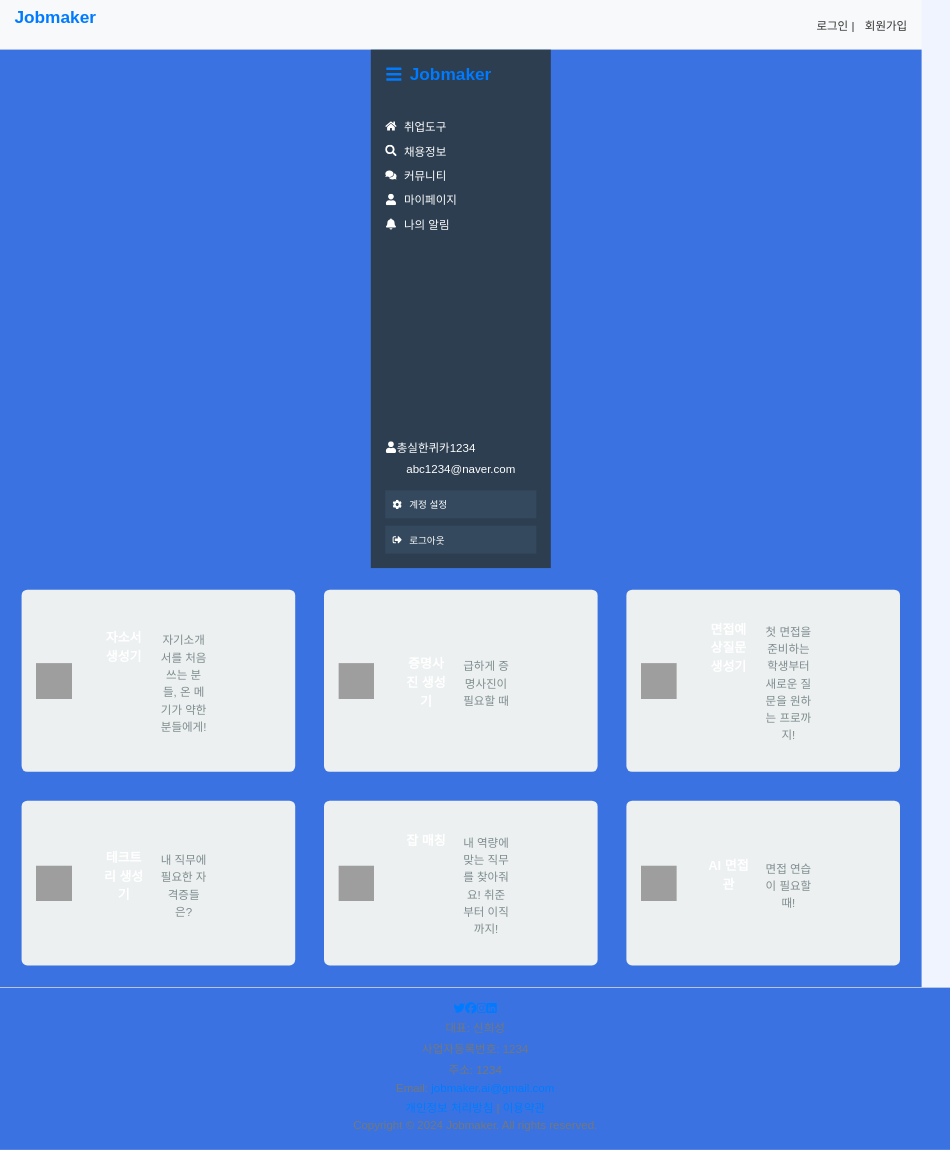
Repository: HSfac/jobmaker
Page: /main
These files come from the project's save history. The page is drawn as it stood at one moment and after the next save; the edit follows.
The browser window is 1280 px wide. The page is 1320 px wide, so the pictures cover 1320 px, including what lies to the right of the window. The pictures show the whole page, at 72% of full size.
Pictures or frames that could not be fetched are drawn as grey boxes. The project was rebuilt for these pictures with package versions that can differ from the ones it lists, and the page was loaded fresh each time. Also part of the build but not shown: src/pages/LandingPage.jsx, src/pages/InfosPage.jsx, src/pages/CommunityPage.jsx, src/pages/MyPage.jsx, src/components/AlertModal.css, src/components/AlertModal.jsx.

Above is the page before, as saved 2024-07-10 22:28:25.

### src/App.js
import React from 'react';
import { BrowserRouter as Router, Route, Routes } from 'react-router-dom';
import MainPage from './pages/MainPage';
import LandingPage from './pages/LandingPage';
import InfosPage from './pages/InfosPage';
import CommunityPage from './pages/CommunityPage';
import MyPage from './pages/MyPage';
import Header from './components/Header';
import Footer from './components/Footer';
import Sidebar from './components/Sidebar';
import './App.css';

function App() {
  return (
    <Router>
      <div className="App">
        <Header />
        <div className="main-content">
          <Sidebar />
          <div className="page-content">
            <Routes>
              <Route path="/" element={<LandingPage />} />
              <Route path="/main" element={<MainPage />} />
              <Route path="/infos" element={<InfosPage />} />
              <Route path="/community" element={<CommunityPage />} />
              <Route path="/mypage" element={<MyPage />} />
            </Routes>
          </div>
        </div>
        <Footer />
      </div>
    </Router>
  );
}

export default App;

### src/pages/MainPage.jsx
import React from 'react';
import ToolCard from '../components/ToolCard';
import './MainPage.css';

const tools = [
  {
    title: "자소서 생성기",
    description: "자기소개서를 처음 쓰는 분들, 온 메기가 약한 분들에게!",
    image: "/images/icon1.png",
  },
  {
    title: "증명사진 생성기",
    description: "급하게 증명사진이 필요할 때",
    image: "/images/icon2.png",
  },
  {
    title: "면접예상질문 생성기",
    description: "첫 면접을 준비하는 학생부터 새로운 질문을 원하는 프로까지!",
    image: "/images/icon3.png",
  },
  {
    title: "테크트리 생성기",
    description: "내 직무에 필요한 자격증들은?",
    image: "/images/icon4.png",
  },
  {
    title: "잡 매칭",
    description: "내 역량에 맞는 직무를 찾아줘요! 취준부터 이직까지!",
    image: "/images/icon5.png",
  },
  {
    title: "AI 면접관",
    description: "면접 연습이 필요할 때!",
    image: "/images/icon6.png",
  },
];

const MainPage = () => {
  return (
    <div className="main-page">
      <div className="content">
        {tools.map((tool, index) => (
          <ToolCard
            key={index}
            title={tool.title}
            description={tool.description}
            image={tool.image}
          />
        ))}
      </div>
    </div>
  );
};

export default MainPage;

### src/components/Header.jsx
import React from 'react';
import './Header.css';

const Header = () => {
  return (
    <header className="header">
      <div className="logo">Jobmaker</div>
      <div className="nav-links">
        <a href="/login">로그인</a> | <a href="/signup">회원가입</a>
      </div>
    </header>
  );
};

export default Header;

### src/components/Footer.jsx
import React from 'react';
import './Footer.css';
import { FontAwesomeIcon } from '@fortawesome/react-fontawesome';
import { faTwitter, faFacebook, faInstagram, faLinkedin } from '@fortawesome/free-brands-svg-icons';

const Footer = () => {
  return (
    <footer className="footer">
      <div className="footer-content">
        <div className="social-icons">
          <a href="https://twitter.com" aria-label="Twitter">
            <FontAwesomeIcon icon={faTwitter} />
          </a>
          <a href="https://facebook.com" aria-label="Facebook">
            <FontAwesomeIcon icon={faFacebook} />
          </a>
          <a href="https://instagram.com" aria-label="Instagram">
            <FontAwesomeIcon icon={faInstagram} />
          </a>
          <a href="https://linkedin.com" aria-label="LinkedIn">
            <FontAwesomeIcon icon={faLinkedin} />
          </a>
        </div>
        <p>대표: 신희성</p>
        <p>사업자등록번호: 1234</p>
        <p>주소: 1234</p>
        <p>Email: <a href="mailto:jobmaker.ai@gmail.com">jobmaker.ai@gmail.com</a></p>
        <p><a href="/privacy">개인정보 처리방침</a> | <a href="/terms">이용약관</a></p>
        <p>Copyright © 2024 Jobmaker. All rights reserved.</p>
      </div>
    </footer>
  );
};

export default Footer;

### src/components/Sidebar.jsx
import React, { useState } from 'react';
import { FaHome, FaSearch, FaComments, FaUser, FaBell, FaCog, FaSignOutAlt, FaBars } from 'react-icons/fa';
import { Link } from 'react-router-dom';
import './Sidebar.css';
import AlertModal from './AlertModal';

const Sidebar = () => {
  const [isOpen, setIsOpen] = useState(true);
  const [isModalOpen, setIsModalOpen] = useState(false);

  const toggleSidebar = () => {
    setIsOpen(!isOpen);
  };

  const toggleModal = () => {
    setIsModalOpen(!isModalOpen);
  };

  return (
    <div className={`sidebar ${isOpen ? 'open' : 'closed'}`}>
      <div className="logo" onClick={toggleSidebar}>
        <FaBars />
        {isOpen && <span>Jobmaker</span>}
      </div>
      <ul className="menu">
        <li>
          <Link to="/main">
            <FaHome />
            {isOpen && <span>취업도구</span>}
          </Link>
        </li>
        <li>
          <Link to="/infos">
            <FaSearch />
            {isOpen && <span>채용정보</span>}
          </Link>
        </li>
        <li>
          <Link to="/community">
            <FaComments />
            {isOpen && <span>커뮤니티</span>}
          </Link>
        </li>
        <li>
          <Link to="/mypage">
            <FaUser />
            {isOpen && <span>마이페이지</span>}
          </Link>
        </li>
        <li onClick={toggleModal} style={{cursor: 'pointer'}}>
          <FaBell />
          {isOpen && <span>나의 알림</span>}
        </li>
      </ul>
      <div className="user-info">
        <div className="username">
          <FaUser />
          {isOpen && <span>총실한퀴카1234</span>}
        </div>
        {isOpen && <div className="email">abc1234@naver.com</div>}
        <div className="settings">
          <button className="settings-btn">
            <FaCog />
            {isOpen && <span>계정 설정</span>}
          </button>
          <button className="logout-btn">
            <FaSignOutAlt />
            {isOpen && <span>로그아웃</span>}
          </button>
        </div>
      </div>
      {isModalOpen && <AlertModal onClose={toggleModal} />}
    </div>
  );
};

export default Sidebar;

### src/App.css
.App {
  font-family: sans-serif;
  text-align: center;
  height: 100vh;
  display: flex;
  flex-direction: column;
}

.App > * {
  flex-shrink: 0;
}

### src/components/ToolCard.jsx
import React from 'react';
import './ToolCard.css';

const ToolCard = ({ title, description, image }) => {
  return (
    <div className="tool-card">
      <img src={image} alt={title} className="icon" />
      <div className="content">
        <h3>{title}</h3>
        <p>{description}</p>
      </div>
    </div>
  );
};

export default ToolCard;

### src/pages/MainPage.css
.main-page {
  display: flex;
}

.content {
  flex-grow: 1;
  padding: 20px;
  display: grid;
  grid-template-columns: repeat(3, 1fr);
  gap: 20px;
}

### src/pages/LandingPage.css
/* LandingPage.css */

@font-face {
  font-family: 'Pretendard';
  src: url('../assets/fonts/Pretendard-Regular.ttf') format('truetype');
  font-weight: 400;
}

@font-face {
  font-family: 'Pretendard';
  src: url('../assets/fonts/Pretendard-SemiBold.ttf') format('truetype');
  font-weight: 600;
}
:root {
  --bg-color: #f0f4ff;
  --text-color: #333;
  --primary-color: #3a73e1;
  --secondary-color: #fff;
  --question-bg-color: #4a90e2;
}

[data-theme="dark"] {
  --bg-color: #121212;
  --text-color: #e0e0e0;
  --primary-color: #bb86fc;
  --secondary-color: #333;
  --question-bg-color: #3700b3;
}

body {
  background-color: var(--bg-color);
  color: var(--text-color);
  margin: 0;
  padding: 0;
  font-family: 'Pretendard', sans-serif;
}

.landing-page {
  display: flex;
  flex-direction: column;
  min-height: 100vh;
}

.main-content {
  flex: 1;
  display: flex;
  flex-direction: column;
  align-items: center;
  background-color: var(--primary-color);
  color: var(--secondary-color);
}

.hero {
  display: flex;
  justify-content: space-between;
  align-items: center;
  max-width: 1200px;
  width: 100%;
  padding: 20px;
}

.hero-text {
  flex: 1;
  padding: 20px;
}

.hero-text h1 {
  font-size: 4em; /* Increased font size */
  font-family: 'Pretendard', sans-serif;
  font-weight: 600; /* SemiBold */
  margin-bottom: 20px;
}

.hero-text p {
  font-family: 'Pretendard', sans-serif;
  font-weight: 400; /* Regular */
}

.hero-text button.primary {
  background-color: var(--secondary-color);
  color: var(--primary-color);
  padding: 10px 20px;
  border: none;
  border-radius: 5px;
  font-size: 1.2em;
  cursor: pointer;
  transition: border-color 0.3s;
}

.hero-text button.primary:hover {
  border: 2px solid var(--primary-color);
}

.hero-images {
  flex: 1;
  display: flex;
  justify-content: center;
  align-items: center;
}

.hero-images img {
  max-width: 100%;
  height: auto;
}

.second-section {
  width: 100%;
  font-size: 1.5em;
  padding: 50px 20px;
  background-color: var(--bg-color);
  color: var(--text-color);
  text-align: center;
  position: relative;
  overflow: hidden;
  font-weight: 700; /* SemiBold */
}

.second-section h2 {
  color: var(--primary-color);
  font-size: 1.5em;
  font-weight: 700; /* SemiBold */
}

.sliding-images {
  display: flex;
  flex-direction: column;
  align-items: center;
  justify-content: center;
  height: 280px; /* Adjust as needed */
  position: relative;
}

.sliding-images img {
  width: 300%; /* Make the images smaller */
  position: absolute;
  animation-duration: 30s; /* Slow down the animation */
  animation-timing-function: linear;
  animation-iteration-count: infinite;
}

.sliding-images img:nth-child(1) {
  top: 0;
  left: -100%;
  animation-name: slide-in-left;
}

.sliding-images img:nth-child(2) {
  top: 50%;
  left: 100%;
  animation-name: slide-in-right;
}

@keyframes slide-in-left {
  0%, 100% {
    left: -100%;
  }
  50% {
    left: 100%;
  }
}

@keyframes slide-in-right {
  0%, 100% {
    left: 100%;
  }
  50% {
    left: -100%;
  }
}

.generators {
  display: flex;
  justify-content: space-around;
  flex-wrap: wrap;
}

.generator-card {
  background-color: var(--secondary-color);
  color: var(--primary-color);
  border-radius: 10px;
  padding: 20px;
  margin: 10px;
  width: 200px;
  cursor: pointer;
  transition: transform 0.2s;
}

.generator-card:hover {
  transform: scale(1.05);
}

.generator-card h3 {
  margin-top: 0;
}

.generator-card p {
  margin: 10px 0 0;
}

/* 기존 CSS 생략 */

.third-section {
  width: 100%;
  padding: 50px 20px;
  background-color: var(--bg-color);
  color: var(--text-color);
  text-align: center;
}

.third-section h2 {
  font-size: 2.2em;
  color: var(--primary-color);
  font-weight: 700; /* SemiBold */
}

.third-section h3 {
  font-size: 1em;
  font-weight: 600; /* SemiBold */
}

.example-container {
  display: flex;
  flex-wrap: wrap;
  justify-content: center;
  gap: 20px;
  margin-top: 20px;
  flex-direction: column; /* 세로로 배치 */
}

.example-image.left {
  align-self: flex-start;
  margin: 0 50px; /* 이미지 양옆 여백 설정 */
  animation: slide-left 5s infinite;
}

.example-image.center1 {
  align-self: center;
  margin: 0 50px; /* 이미지 양옆 여백 설정 */
}

.example-image.right {
  align-self: flex-end;
  margin: 0 50px; /* 이미지 양옆 여백 설정 */
  animation: slide-right 5s infinite;
}

.example-image.center2 {
  align-self: center;
  margin: 0 50px; /* 이미지 양옆 여백 설정 */
}

@keyframes slide-left {
  0% {
    transform: translateX(0);
  }
  50% {
    transform: translateX(-20px); /* 원하는 슬라이드 거리 설정 */
  }
  100% {
    transform: translateX(0);
  }
}

@keyframes slide-right {
  0% {
    transform: translateX(0);
  }
  50% {
    transform: translateX(20px); /* 원하는 슬라이드 거리 설정 */
  }
  100% {
    transform: translateX(0);
  }
}

/* 기존 CSS 생략 */




.fourth-section {
  width: 100%;
  padding: 50px 20px;
  background-color: var(--bg-color);
  color: var(--text-color);
  text-align: center;
}

.fourth-section h2 {
  font-size: 2.2em;
  color: var(--primary-color);
  font-weight: 700; /* SemiBold */
  margin-bottom: 10px;
}

.fourth-section h3 {
  font-size: 1.1em;
  font-weight: 700; /* SemiBold */
  margin-bottom: 30px;
}

.sliding-tags {
  overflow: hidden;
  white-space: nowrap;
  box-sizing: border-box;
}

.tags-wrapper {
  display: inline-block;
  animation: slide 45s linear infinite;
}

.tag {
  display: inline-block;
  background-color: var(--primary-color);
  color: var(--secondary-color);
  padding: 10px 20px;
  margin: 0 10px;
  border-radius: 20px;
}

@keyframes slide {
  0% {
    transform: translateX(100%);
  }
  100% {
    transform: translateX(-100%);
  }
}

.fifth-section {
  width: 100%;
  padding: 50px 20px;
  background-color: var(--bg-color);
  color: var(--text-color);
  text-align: center;
}

.fifth-section h2 {
  margin-top: 500px;
  font-size: 2.2em;
  font-weight: 700; /* SemiBold */
}

.fifth-section h3 {
  font-size: 1.1em;
  font-weight: 700; /* SemiBold */
  margin-top: 10px;
  margin-bottom: 30px;
}

.pricing-plans {
  display: flex;
  justify-content: center;
  gap: 25px;
  flex-wrap: wrap;
  margin-bottom: 200px;
}

.plan {
  background-color: var(--secondary-color);
  color: var(--primary-color);
  border-radius: 10px;
  padding: 20px;
  margin: 10px;
  width: 250px;
  text-align: center;
}

.plan h3 {
  margin-top: 0;
}

.plan ul {
  list-style: none;
  padding: 0;
}

.plan ul li {
  margin: 10px 0;
}

.plan button.primary {
  background-color: var(--secondary-color);
  color: var(--primary-color);
  padding: 10px 20px;
  border: 2px solid var(--primary-color);
  border-radius: 5px;
  font-size: 1.2em;
  cursor: pointer;
  transition: background-color 0.3s, color 0.3s;
}

.plan button.primary:hover {
  background-color: var(--primary-color);
  color: var(--secondary-color);
}

.footer {
  background-color: var(--primary-color);
  color: var(--secondary-color);
  padding: 20px;
  text-align: center;
  position: relative;
  bottom: 0;
  width: 100%;
  margin-top: auto;
}

### src/components/Header.css
.header {
  display: flex;
  justify-content: space-between;
  align-items: center;
  padding: 10px 20px;
  background-color: #f8f9fa;
  border-bottom: 1px solid #e0e0e0;
}

.logo {
  font-size: 24px;
  font-weight: bold;
  color: #007bff;
}

.nav-links a {
  margin-left: 10px;
  color: #333;
  text-decoration: none;
}

.nav-links a:hover {
  text-decoration: underline;
}

### src/components/Footer.css
.footer {
  padding: 20px;
  background-color: #f8f9fa;
  border-top: 1px solid #e0e0e0;
  text-align: center;
}

.footer-content p {
  margin: 5px 0;
  color: #777;
}

.footer-content a {
  color: #007bff;
  text-decoration: none;
}

.footer-content a:hover {
  text-decoration: underline;
}

### src/components/Sidebar.css
.sidebar {
  width: 250px;
  height: 100vh;
  background-color: #2c3e50;
  color: white;
  padding: 20px;
  box-sizing: border-box;
  display: flex;
  flex-direction: column;
  justify-content: space-between;
  transition: width 0.3s;
}

.sidebar.closed {
  width: 80px;
}

.logo {
  font-size: 24px;
  font-weight: bold;
  margin-bottom: 20px;
  cursor: pointer;
  display: flex;
  align-items: center;
}

.logo span {
  margin-left: 10px;
}

.menu {
  list-style: none;
  padding: 0;
}

.menu li {
  margin: 10px 0;
  display: flex;
  align-items: center;
}

.menu li a {
  display: flex;
  align-items: center;
  color: white;
  text-decoration: none;
}

.menu li span {
  margin-left: 10px;
}

.user-info {
  margin-top: auto;
}

.username {
  display: flex;
  align-items: center;
  margin-bottom: 10px;
}

.email {
  margin-bottom: 10px;
}

.settings {
  display: flex;
  flex-direction: column;
}

.settings-btn, .logout-btn {
  display: flex;
  align-items: center;
  width: 100%;
  margin-top: 10px;
  padding: 10px;
  background-color: #34495e;
  color: white;
  border: none;
  cursor: pointer;
}

.settings-btn span, .logout-btn span {
  margin-left: 10px;
}

### src/components/ToolCard.css
.tool-card {
  background-color: #ecf0f1;
  border-radius: 8px;
  padding: 20px;
  margin: 10px;
  display: flex;
  align-items: center;
  cursor: pointer;
  transition: background-color 0.3s;
}

.tool-card:hover {
  background-color: #bdc3c7;
}

.icon {
  width: 50px;
  height: 50px;
  margin-right: 20px;
}

.content {
  flex-grow: 1;
}

h3 {
  margin: 0;
  font-size: 18px;
}

p {
  margin: 5px 0 0;
  color: #7f8c8d;
}

Loaded but not shown: public/index.html (common file); src/index.js (common file); src/index.css (common file); src/reportWebVitals.js (common file)

After the next save:
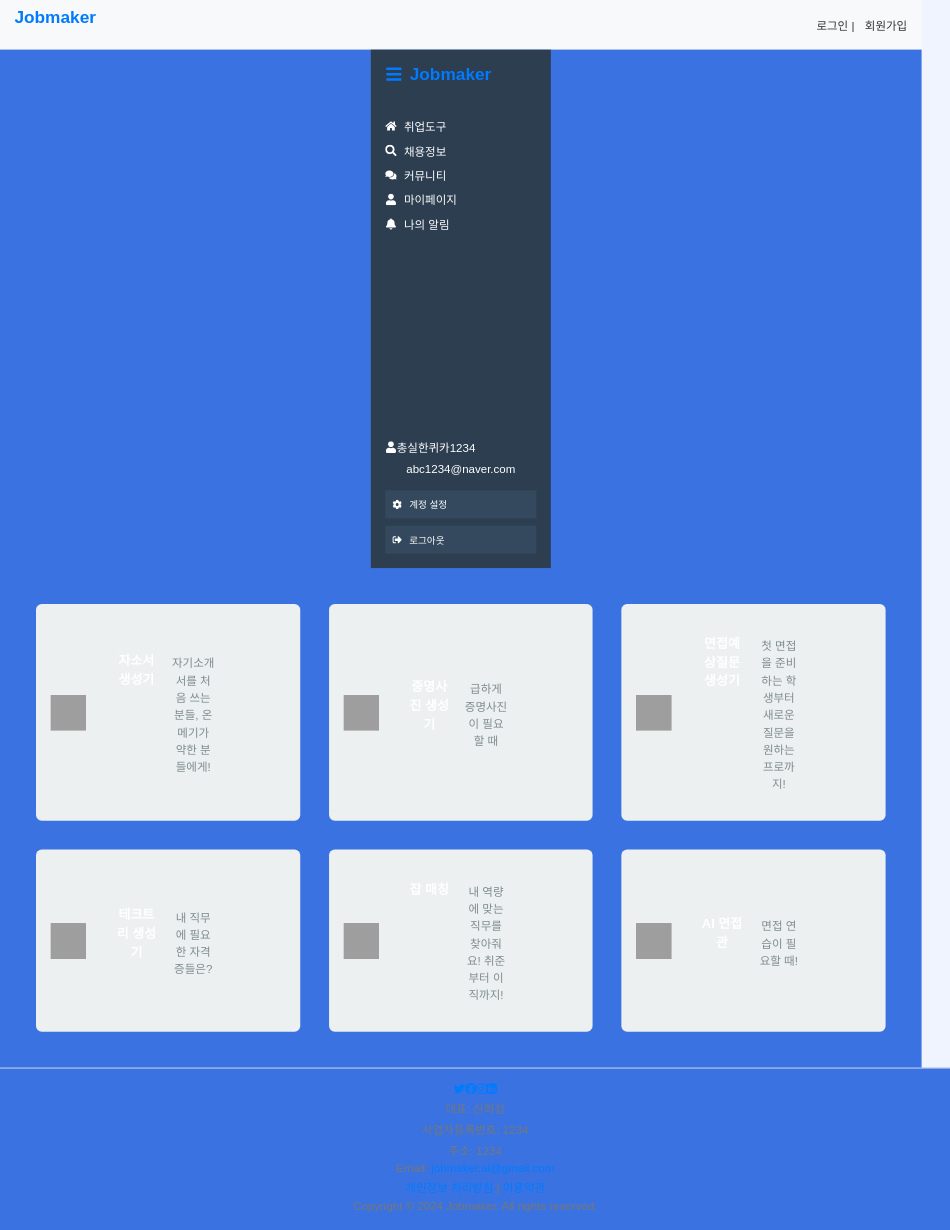
Saved 25 s later.
--- a/src/App.css
+++ b/src/App.css
@@ -6,6 +6,12 @@
   flex-direction: column;
 }
 
-.App > * {
-  flex-shrink: 0;
+.main-content {
+  display: flex;
+  flex: 1;
 }
+
+.page-content {
+  flex: 1;
+  padding: 20px;
+}
